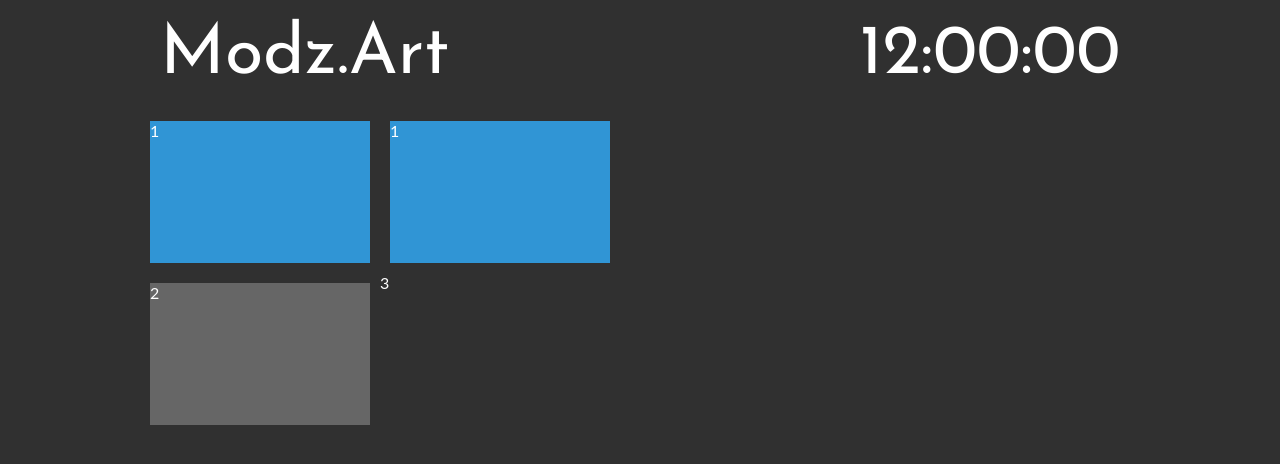
Repository: RemModz/Portfolio
Page: index.html
An editor plug-in stored every save of this project. The page is shown before and after the next save, followed by the edit.
The browser window is 1280 px wide. The pictures show the whole page.

Above is the page before, as saved 2018-11-01 18:42:11.

### index.html
<!DOCTYPE html>
<html lang="en">
<head>
    <meta charset="UTF-8">
    <meta name="viewport" content="width=device-width, initial-scale=1.0">
    <meta http-equiv="X-UA-Compatible" content="ie=edge">
    <title>ModzArt - Portfolio</title>
    <meta name='description' content="Portfolio z tworczoscia Remka Modzelewskiego"/>
    <meta name='keywords' content="webdesign, webgraphics, drawing and vector art"/>

    <link rel="stylesheet" href="style.css" type="text/css"/>
    <link href="https://fonts.googleapis.com/css?family=Josefin+Sans&amp;subset=latin-ext" rel="stylesheet">
</head>
<body>
    <div id="container">

        <div class="rectangle">
            <div id="logo">Modz.Art</div>
            <div id="zegar">12:00:00</div>
            <div style="clear:both;"></div>
        </div>

        <div class="square">
            <div class="tile1">1</div>
            <div class="tile1">1</div>
            <div style="clear:both;"></div>

            <div class="tile2">2</div>
            <div class="tile3">3</div>
            <div style="clear:both;"></div>
        </div>

        <div class="square">


        </div>

        <div style="clear:both;"></div>

        <div class="rectangle"></div>
    </div>
</body>
</html>

### style.css
body {
    background-color: #303030;
    color: #ffffff;
    font-family: 'Lato', sans-serif;
    font-size: 20px'
}

#container {
    width: 1000px;
    margin-left: auto;
    margin-right: auto;
}

.rectangle {
    width: 960PX;
    margin: 20pX;
}

.square {
    width: 50%;
    float: left;
}

#logo {
    float: left;
    font-family: 'Josefin Sans', sans-serif;
    font-size: 70px;
    width: 600;
}

#zegar {
    float: right;
    font-family: 'Josefin Sans', sans-serif;
    font-size: 70px;
}
.tile1 {
    margin: 10px;
    width: 220px;
    height: 142px;
    background-color: #3095d5;
    float: left;
}

.tile2 {
    margin: 10px;
    width: 220px;
    height: 142px;
    background-color: #666666;
    float: left;
}

After the next save:
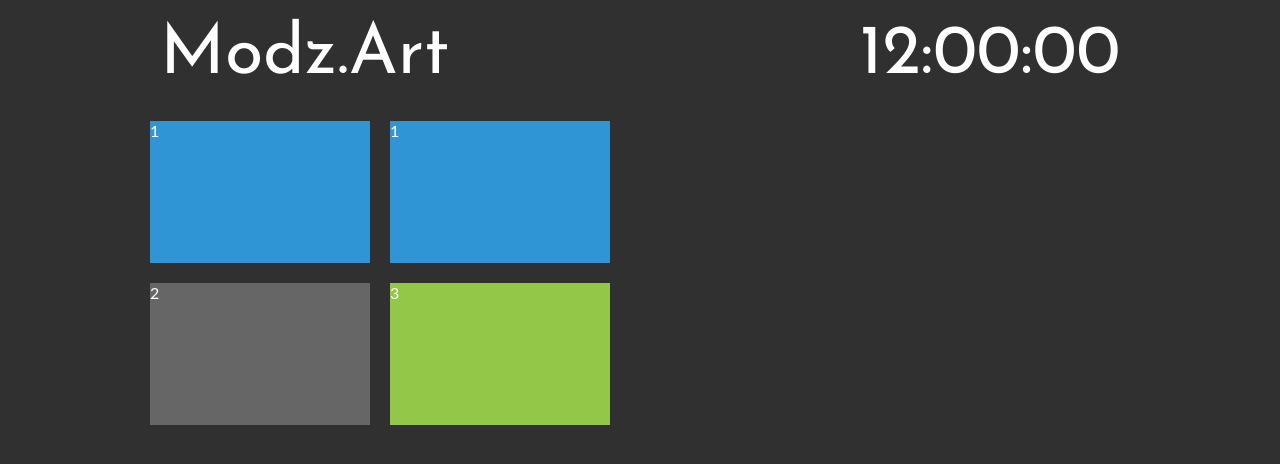
Saved 51 s later.
--- a/style.css
+++ b/style.css
@@ -48,3 +48,10 @@
     background-color: #666666;
     float: left;
 }
+.tile3 {
+    margin: 10px;
+    width: 220px;
+    height: 142px;
+    background-color: #93c748;
+    float: left;
+}
